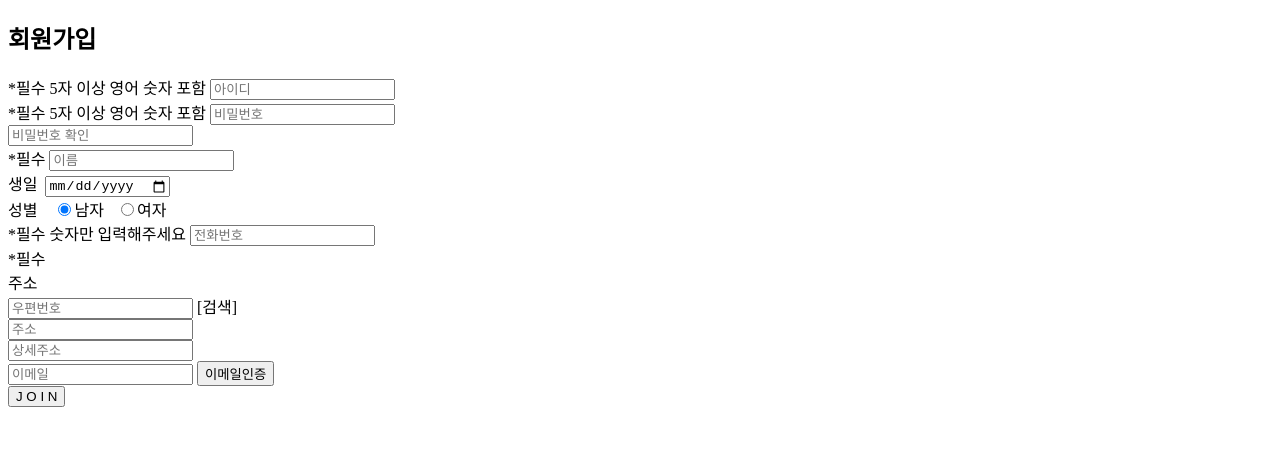
Repository: chmyj2/Team2_Final-project
Page: http://localhost/FinalProject/WEB-INF/views/2Team/t2login/t2_join.jsp
An editor plug-in stored every save of this project. The page is shown before and after the next save, followed by the edit.
The browser window is 1280 px wide. The pictures show the whole page.
The page is served by Tomcat 9. Nobody is signed in. Other server files are loaded and not shown. The template is opened directly, without the code that normally fills it, so the values that code supplies are empty.

Above is the page before, as saved 2022-09-02 07:32:15.

### FinalProject/src/main/webapp/WEB-INF/views/2Team/t2login/t2_join.jsp
<%@ page language="java" contentType="text/html; charset=UTF-8"
    pageEncoding="UTF-8"%>
<%@ taglib uri="http://java.sun.com/jsp/jstl/core" prefix="c" %>
<!DOCTYPE html>
<html>
<head>
<meta charset="UTF-8">
<title>Insert title here</title>
</head>
<body>
<div class="t2-join-outdiv">
<form action="joinDo" method="POST" class="joinForm" name="joinForm" onsubmit="return joinCheck()">

      <h2>회원가입</h2>
      <div class="join-textForm">
      	<span class="jointxt">*필수 5자 이상 영어 숫자 포함</span>
        <input name="member_ID" type="text" class="join-id" placeholder="아이디" id="joinMember_ID">
        <span id="idcheckResult"></span> <br>
        <span id="IDValidCheck"></span>
      </div>

      <div class="join-textForm">
      	<span class="jointxt">*필수 5자 이상 영어 숫자 포함</span>
        <input name="member_PW"  class="join-pw" placeholder="비밀번호">
      </div>

       <div class="join-textForm">
        <input name="loginPwConfirm"  class="join-pw2" placeholder="비밀번호 확인">
        <span class="pwCheckResult"></span>
      </div>

      <div class="join-textForm">
      <span class="jointxt">*필수</span>
        <input name="member_name"  class="join-name" placeholder="이름">
      </div>

      <div class="join-textForm brith">
      	생일&nbsp;&nbsp;<input name="member_birth" type="date" class="join-birth" >
      </div>

      <div class="join-textForm brith">
      	성별 &nbsp;&nbsp;
        <input name="member_sex" type="radio" class="join-sex" value="m" checked="checked">남자
        &nbsp;&nbsp;<input name="member_sex" type="radio" class="join-sex" value="w">여자
      </div>

      <div class="join-textForm">
      	<span class="jointxt">*필수 숫자만 입력해주세요</span>
        <input name="member_phoneNum" type="number" class="join-cellphoneNo" placeholder="전화번호">
      </div>

      <div class="join-textForm addr">
      <span class="jointxt">*필수</span><br>
       주소<br>
        <input id="join_addr3Input" readonly="readonly" name="m_addr3" maxlength="5" autocomplete="off" placeholder="우편번호">
		<span id="addrSearchBtn">[검색]</span><br>
		<input id="join_addr1Input" readonly="readonly" name="m_addr1" maxlength="30" autocomplete="off" placeholder="주소"><br>
		<input id="join_addr2Input" name="m_addr2" maxlength="30" autocomplete="off" placeholder="상세주소">
      </div>

       <div class="join-textForm">
        <input name="member_email" type="email" id="join-email" placeholder="이메일">
        <button type="button" id="join_mail_check">이메일인증</button><br>
        <input placeholder="인증번호를 입력해주세요" id="join_mail_num" type="hidden">
        <input type="hidden" id="join_num_check" value="emailUnCheck">
      <span id="mail-check-warn"></span> <!-- 인증코드 확인 -->
      <span id="emailcheckResult"></span> <!-- 중복확인 -->
      </div>

      <input type="hidden" name="member_linkWhere" value="1">
      <input type="hidden" name="member_paper" value="동의">
      <input type="submit" class="join-btn" value="J O I N"/>
    </form>
    </div>
</body>
</html>

After the next save:
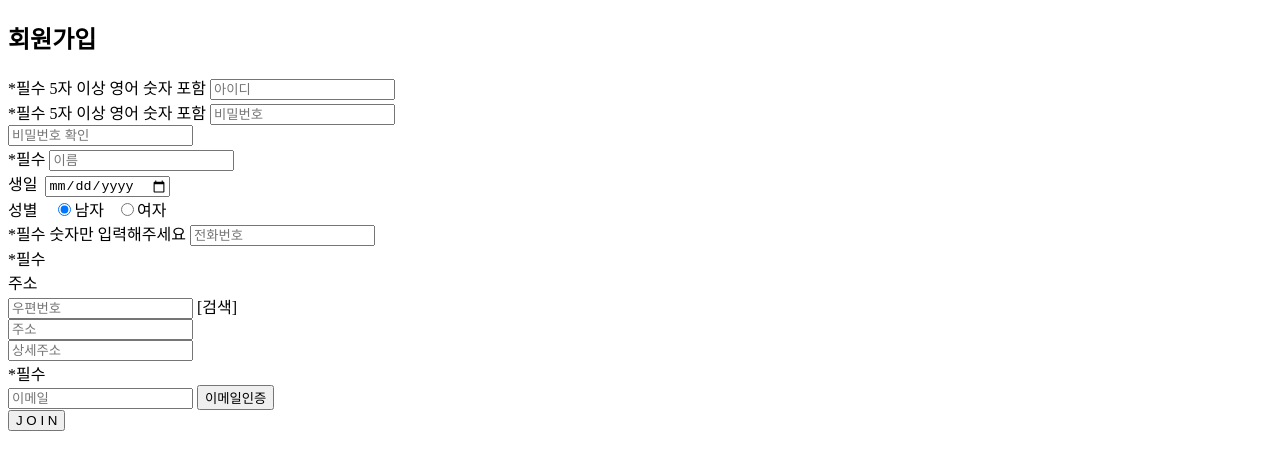
Saved 14 s later.
--- a/FinalProject/src/main/webapp/WEB-INF/views/2Team/t2login/t2_join.jsp
+++ b/FinalProject/src/main/webapp/WEB-INF/views/2Team/t2login/t2_join.jsp
@@ -59,6 +59,7 @@
       </div>
 
        <div class="join-textForm">
+       <span class="jointxt">*필수</span><br>
         <input name="member_email" type="email" id="join-email" placeholder="이메일">
         <button type="button" id="join_mail_check">이메일인증</button><br>
         <input placeholder="인증번호를 입력해주세요" id="join_mail_num" type="hidden">
